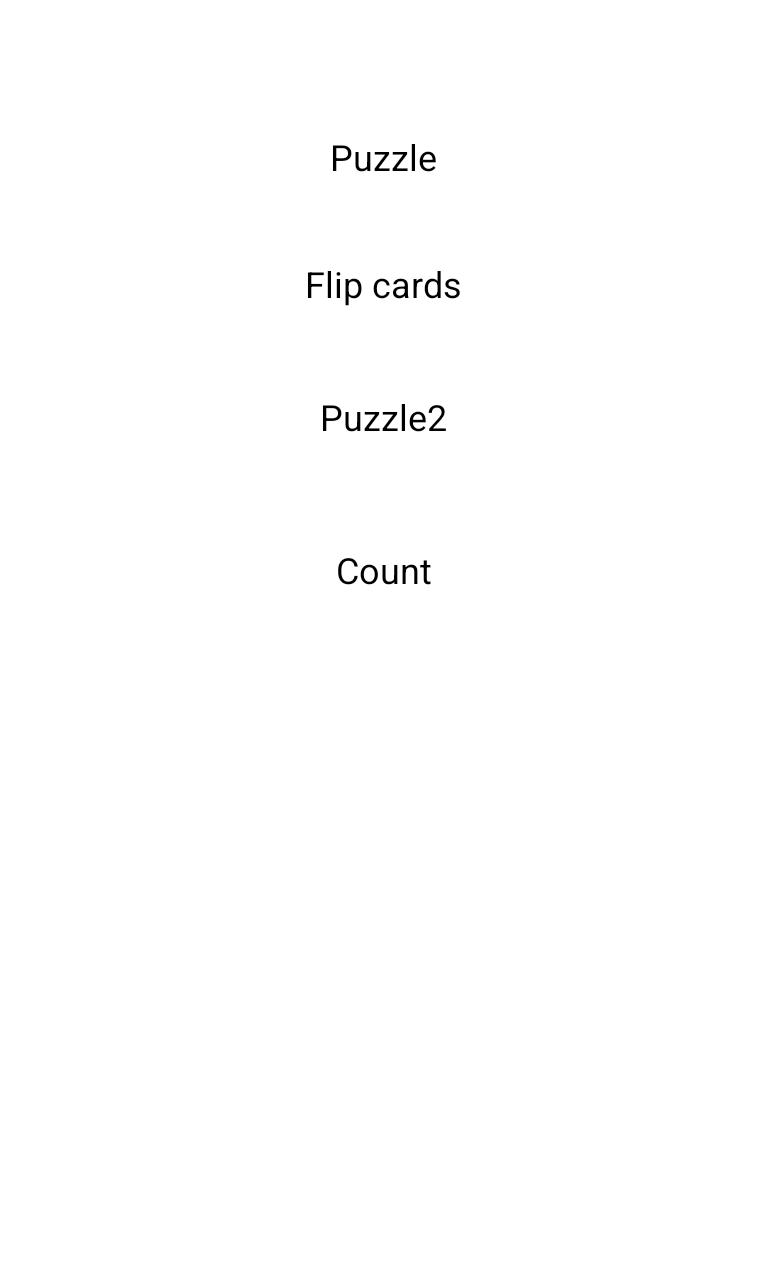
Repository: DimaPetrov/android
Layout: newapp/res/layout/activity_main.xml
An editor plug-in stored every save of this project. The layout is shown before and after the next save, followed by the edit.
It is drawn on a 768 x 1280 px phone screen (xhdpi) without system bars, with theme AppTheme; the app's code is not run.

Above is the layout before, as saved 2012-10-18 13:34:02.

After the next save:
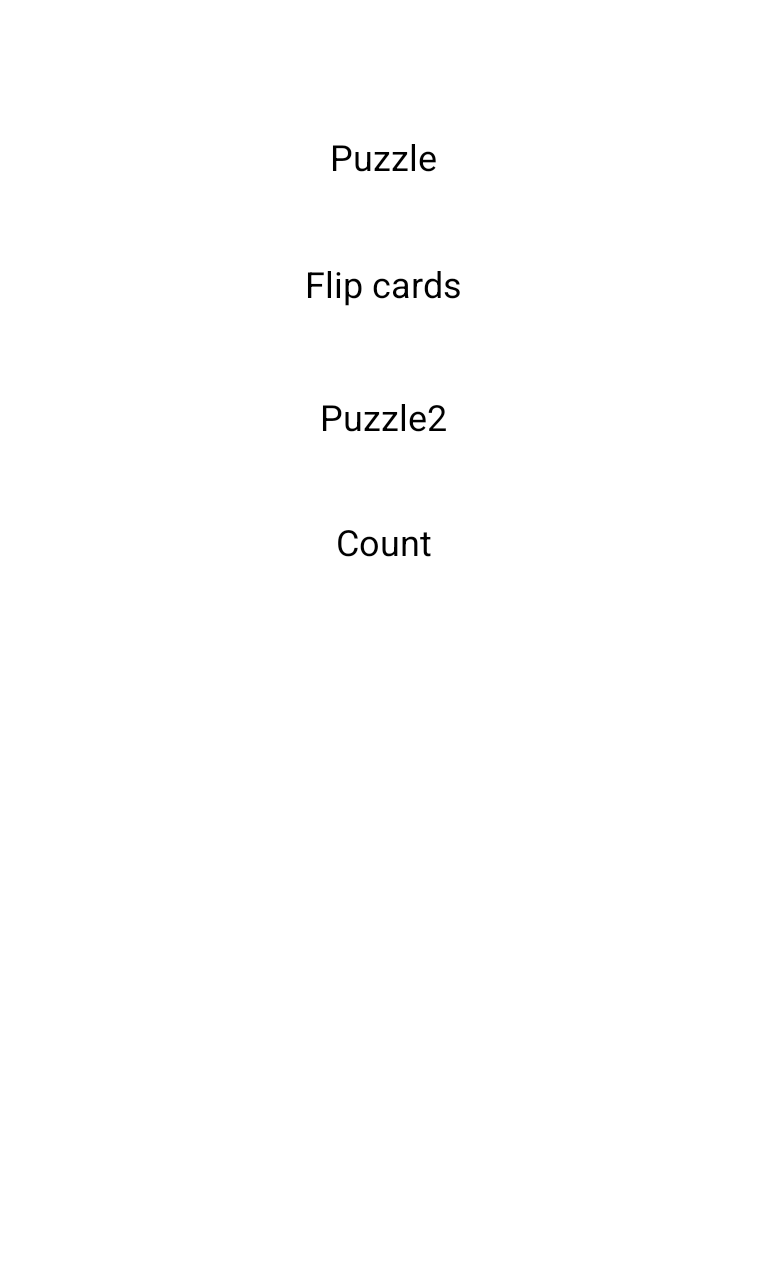
Saved 10 s later.
--- a/newapp/res/layout/activity_main.xml
+++ b/newapp/res/layout/activity_main.xml
@@ -40,7 +40,7 @@
         android:layout_height="wrap_content"
         android:layout_below="@+id/textView1"
         android:layout_centerHorizontal="true"
-        android:layout_marginTop="52dp"
+        android:layout_marginTop="38dp"
         android:text="@string/count"
         android:textAppearance="?android:attr/textAppearanceMedium" />
 
